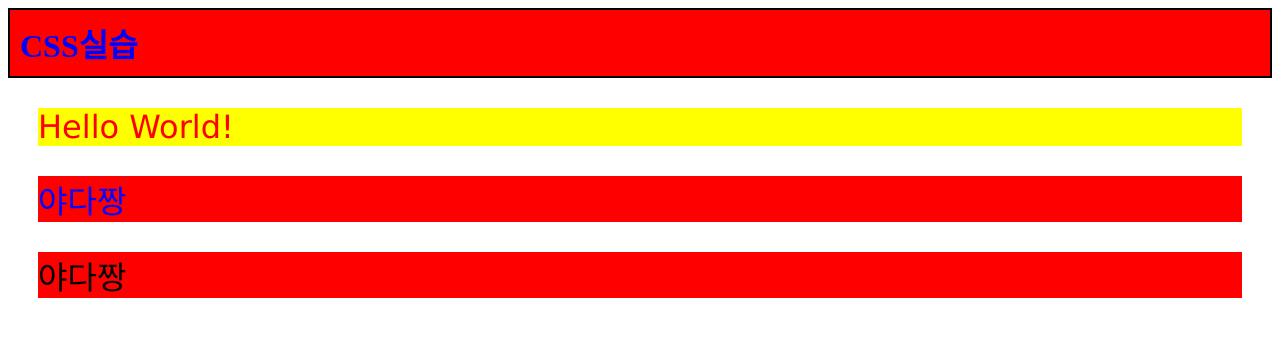
Repository: ashojm/WebWork
Page: Web/first.html
These files come from the project's save history. The page is drawn as it stood at one moment and after the next save; the edit follows.
The browser window is 1280 px wide. The pictures show the whole page.

Above is the page before, as saved 2015-11-12 16:23:35.

After the next save:
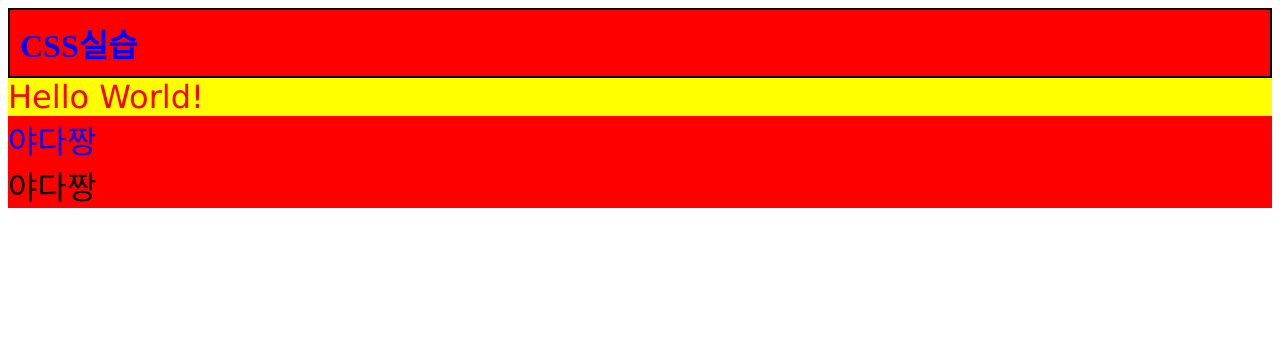
Saved 85 s later.
--- a/Web/css/base.css
+++ b/Web/css/base.css
@@ -1,4 +1,4 @@
 h1{color:#0000FF;font-family:serif;font-size:200%;background-color:red;border:2px solid black;padding:10px;margin:0 auto}
-p {color:red;font-size:200%;font-family:Verdana;background-color:yellow;margin:30px}
+p {color:red;font-size:200%;font-family:Verdana;background-color:yellow;margin:0 auto}
 p#yada {color:blue;background-color:red}
 p.yada {color:black;background-color:red}
